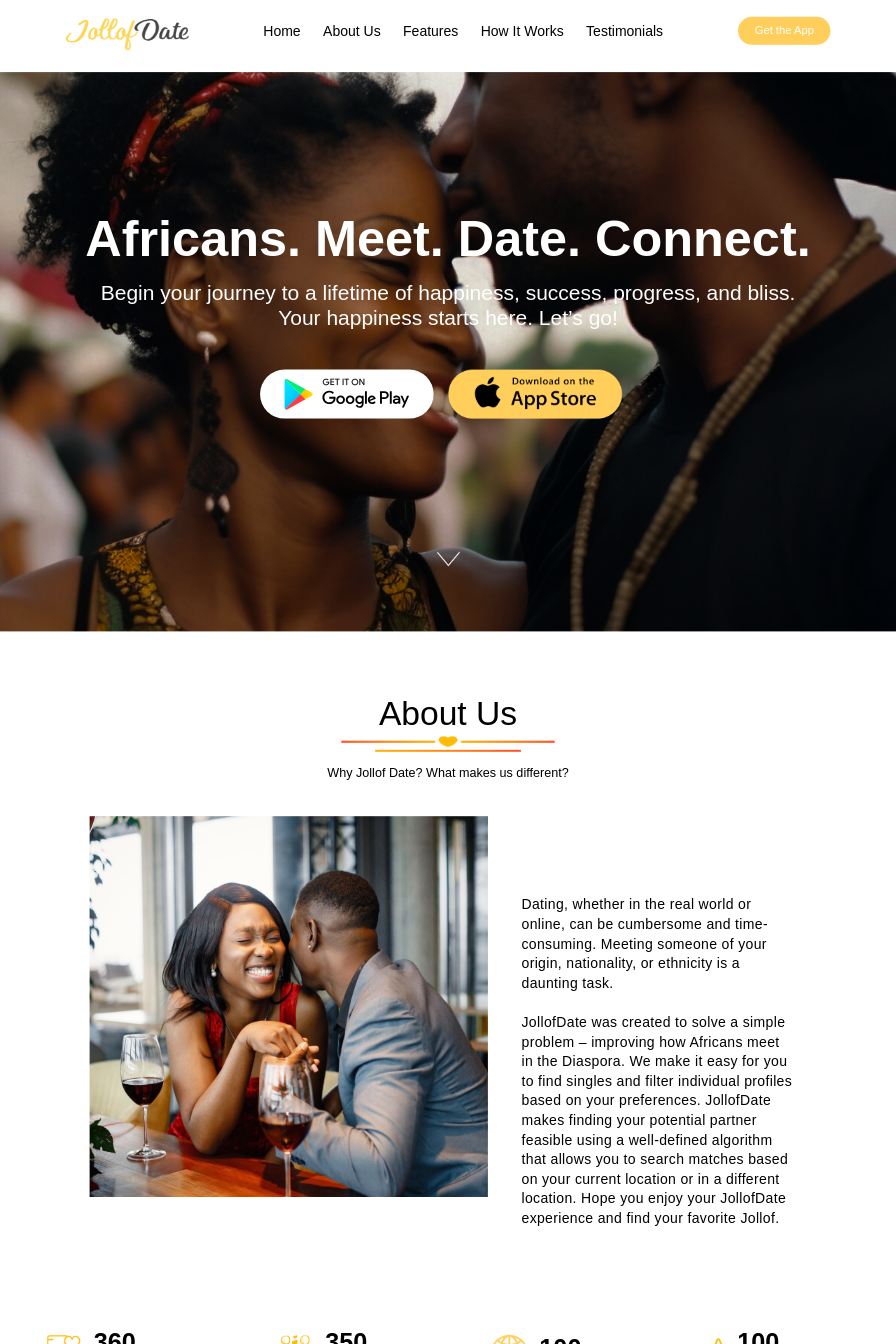
Repository: FarhanNasiru/jollofdate-frontend
Page: /
The author's editor kept a copy of each file at every save. The page is drawn from the files as they stood at one save, then again after the next save.
The browser window is 1280 px wide. The pictures show the part of the page from y = 0 to 1920 px (the page is 7324 px tall), at 70% of full size.
Some web fonts or font styles are not loaded; a fallback is used. The project was rebuilt for these pictures with package versions that can differ from the ones it lists, and the page was loaded fresh each time. Also part of the build but not shown: vite.config.js, src/Pages/Footer2.jsx, src/components/Header2.jsx, src/Pages/privacy.jsx, src/Pages/Term.jsx.

Above is the page before, as saved 2024-08-20 18:08:27.

After the next save:
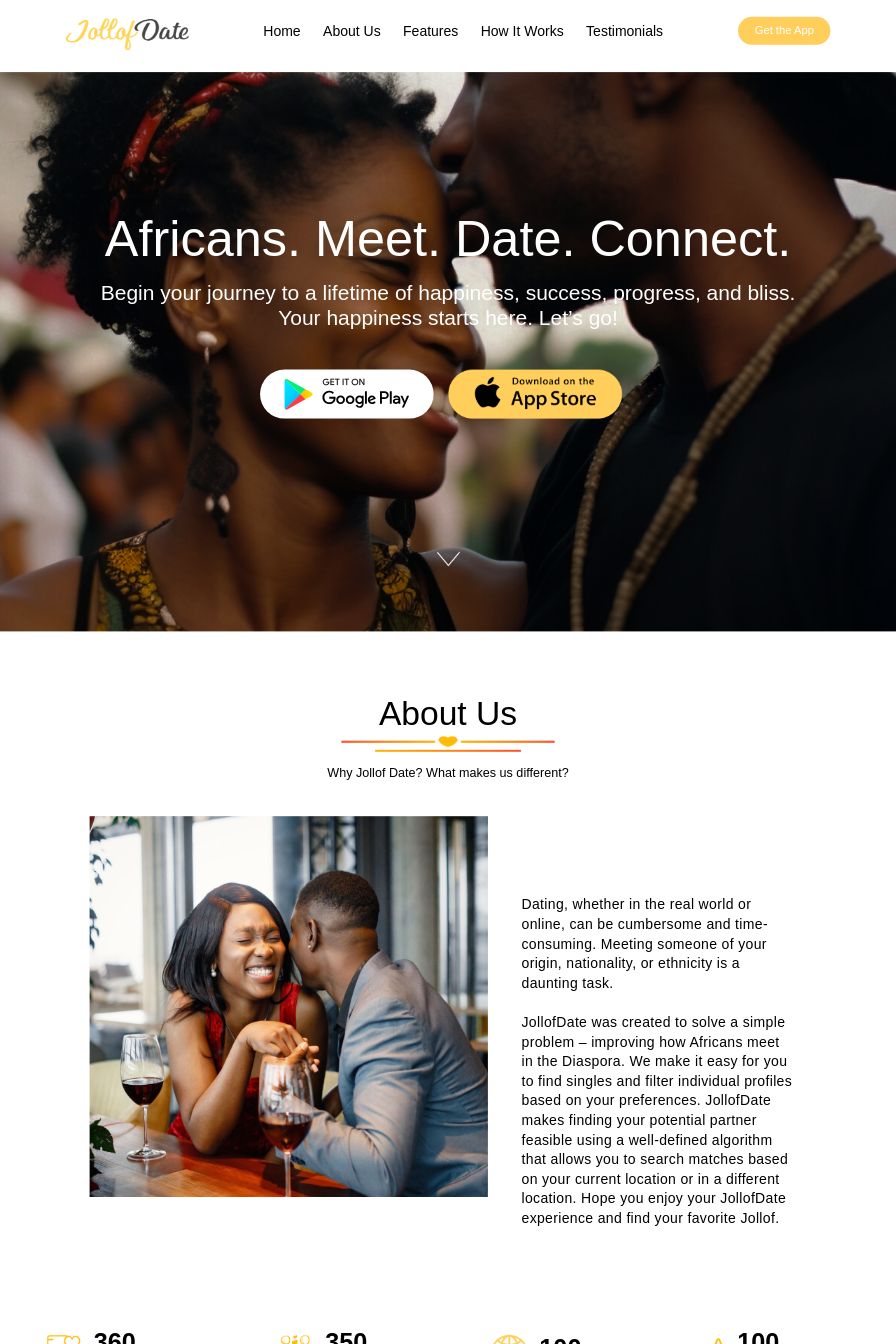
Saved 81 s later.
--- a/src/Pages/Home.jsx
+++ b/src/Pages/Home.jsx
@@ -17,7 +17,7 @@
         className=" mt-28 md:mt-24 justify-center bg-center bg-no-repeat items-center w-full bg-[url('/Images/Home-bg.png')] "
       >
         <div>
-          <h1 className="  text-wrap text-white text-7xl md:text-7xl  font-medium md:font-semibold text-center pt-32 lg:pt-52 pb-6 h-auto">
+          <h1 className="  text-wrap text-white text-7xl md:text-7xl  font-medium md:font-medium text-center pt-32 lg:pt-52 pb-6 h-auto">
             Africans. Meet. Date. Connect.{" "}
           </h1>
           <p className=" text-2xl px-6 text-center text-white font-normal md:text-3xl">
